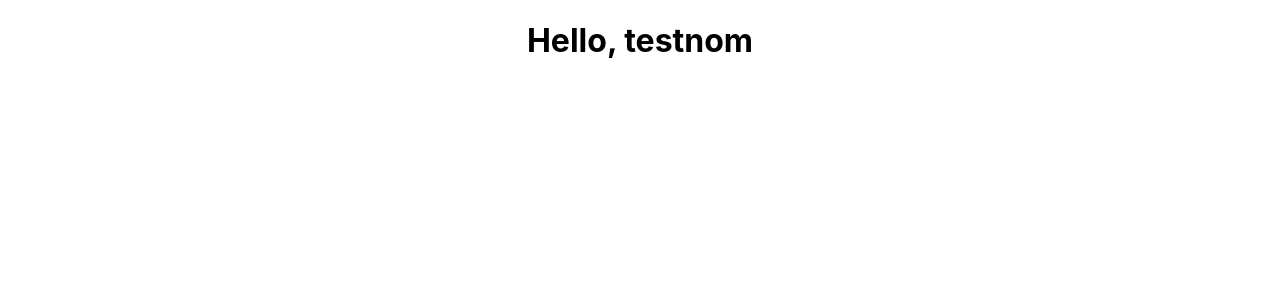
Repository: sylvainJacot/JS_Studio_2019
Page: /
An editor plug-in stored every save of this project. The page is shown before and after the next save, followed by the edit.
The browser window is 1280 px wide. The pictures show the whole page.
The project was rebuilt for these pictures with package versions that can differ from the ones it lists, and the page was loaded fresh each time.

Above is the page before, as saved 2019-05-30 19:14:28.

After the next save:
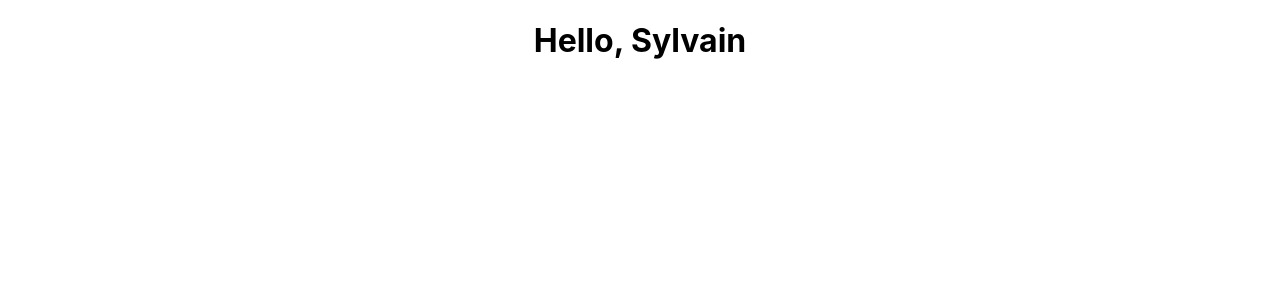
Saved 11 s later.
--- a/src/App.js
+++ b/src/App.js
@@ -7,7 +7,7 @@
 function App() {
   return (
     <div className="App">
-<Header name="testnom"/>
+<Header name="Sylvain"/>
     </div>
   );
 }
